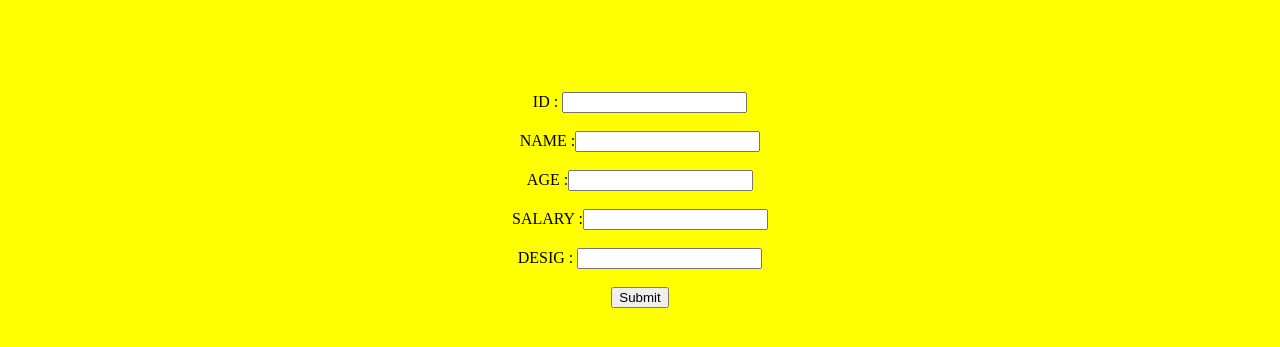
Repository: Thaneshwara848/MyHibernate
Page: ServlerDemo1/src/main/webapp/Register.html
The author's editor kept a copy of each file at every save. The page is drawn from the files as they stood at one save, then again after the next save.
The browser window is 1280 px wide. The pictures show the whole page.

Above is the page before, as saved 2022-11-02 17:06:16.

After the next save:
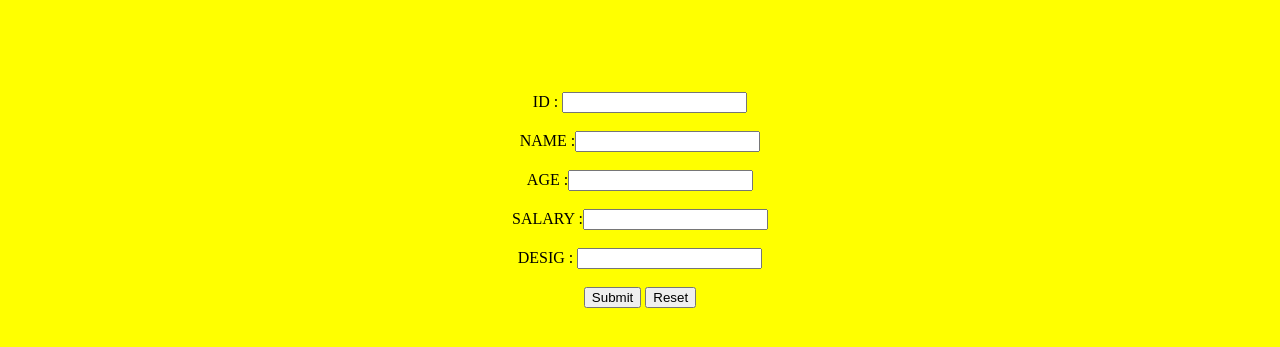
Saved 9 s later.
--- a/ServlerDemo1/src/main/webapp/Register.html
+++ b/ServlerDemo1/src/main/webapp/Register.html
@@ -17,6 +17,7 @@
 		DESIG : <input type="text" name="udesig"><br><br>
 
 		<input type="submit">
+		<input type="reset">
 
 		</form>
 	</center>
